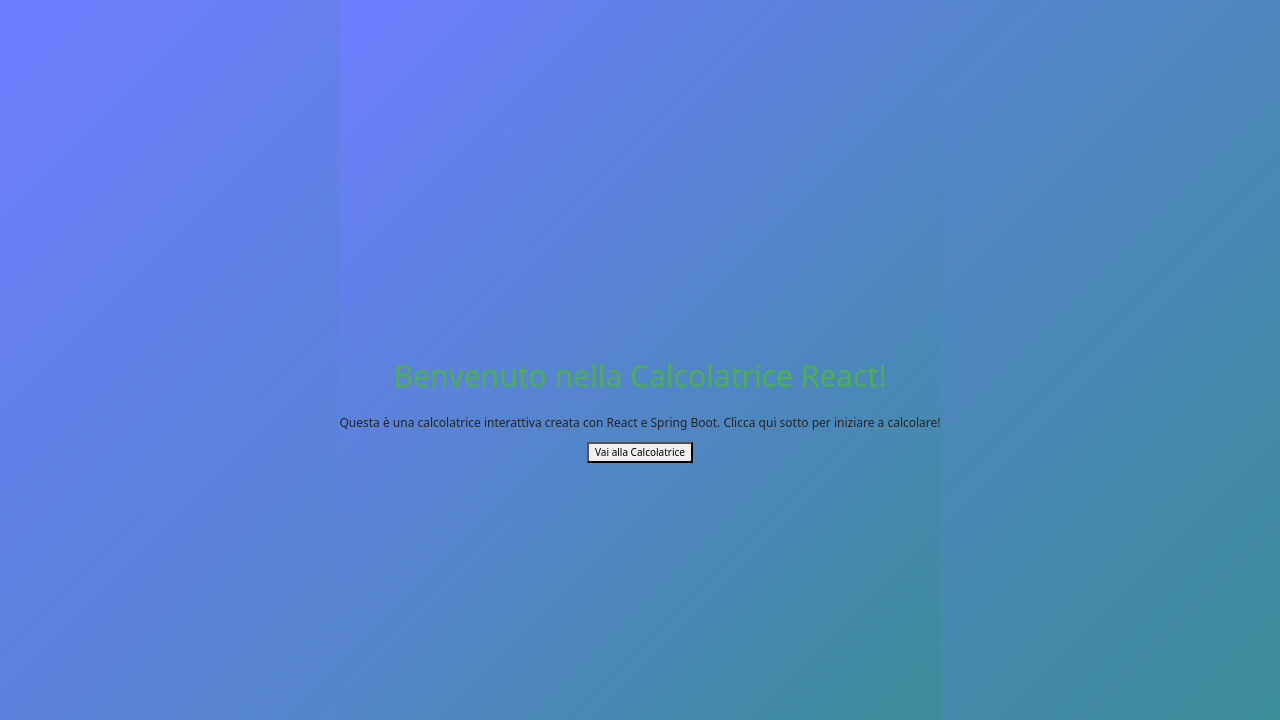
Repository: Probyte5D/Calcolatrice-FullStack
Page: / (app in frontend/)
These files come from the project's save history. The page is drawn as it stood at one moment and after the next save; the edit follows.
The browser window is 1280 px wide. The pictures show the whole page.
The project was rebuilt for these pictures with package versions that can differ from the ones it lists, and the page was loaded fresh each time. Also part of the build but not shown: frontend/src/App.css, frontend/src/components/Calculator.js.

Above is the page before, as saved 2025-04-19 16:59:59.

### frontend/src/index.js
import React from 'react';
import ReactDOM from 'react-dom/client';
import './index.css';
import App from './App';

import 'bootstrap/dist/css/bootstrap.min.css';


const root = ReactDOM.createRoot(document.getElementById('root'));
root.render(
  <React.StrictMode>
    <App />
  </React.StrictMode>
);

### frontend/src/App.js
import React from 'react';
import { BrowserRouter as Router, Route, Routes } from 'react-router-dom';
import './App.css';
import Calculator from './components/Calculator'; // Assicurati che il percorso sia corretto
import HomePage from './components/HomePage'; // Assicurati che il percorso sia corretto

function App() {
  return (
    <Router>
    <Routes>
      {/* Usando 'element' invece di 'component' */}
      <Route path="/" element={<HomePage />} />
      <Route path="/calculator" element={<Calculator />} />
    </Routes>
  </Router>
  );
}

export default App;

### frontend/src/components/HomePage.js
import React from 'react';

import './HomePage.css';  // Importa il file CSS associato a HomePage

import { useNavigate } from 'react-router-dom';

function HomePage() {
  const navigate = useNavigate();  // usa useNavigate

  const handleClick = () => {
    navigate('/calculator');  // Navigazione con useNavigate
  };

  return (
    <div className="home-page">
      <h1>Benvenuto nella Calcolatrice React!</h1>
      <p>
        Questa è una calcolatrice interattiva creata con React e Spring Boot.
        Clicca qui sotto per iniziare a calcolare!
      </p>
      <button onClick={handleClick}>Vai alla Calcolatrice</button>


    </div>
  );
}

export default HomePage;

### frontend/src/components/Calculator.css
/* Calculator.css */

html{
  font-size: 62.5%;
}
/* Impostiamo il layout e centriamo la calcolatrice */
body, html {
  height: 100%;
  margin: 0;
  display: flex;
  justify-content: center; /* Centra orizzontalmente */
  align-items: center;     /* Centra verticalmente */
  background: linear-gradient(135deg, #6e7dff, #3b8d99); /* Gradiente di sfondo */
}
/* Stile principale della calcolatrice */
.calculator {
  background-color: #2d2d2d; /* Sfondo scuro */
  border-radius: 10px;
  padding: 20px;
  box-shadow: 0 4px 10px rgba(0, 0, 0, 0.3);
}

/* Colore del display (campo di input) */
.calculator input {
  background-color: #1e1e1e;
  color: #fff;
  font-size: 2rem;
  border: none;
  border-radius: 5px;
  padding: 10px;
  text-align: right;
}

/* Stile per i pulsanti */
.btn {
  font-size: 1.2rem;
  font-weight: bold;
  border-radius: 5px;
  transition: all 0.3s ease;
}

.btn-light {
  background-color: #3a3a3a;
  color: #fff;
}

.btn-light:hover {
  background-color: #575757;
}

.btn-warning {
  background-color: #f39c12;
  color: #fff;
}

.btn-warning:hover {
  background-color: #e67e22;
}

.btn-danger {
  background-color: #e74c3c;
  color: #fff;
}

.btn-danger:hover {
  background-color: #c0392b;
}

.btn-success {
  background-color: #2ecc71;
  color: #fff;
}

.btn-success:hover {
  background-color: #27ae60;
}

/* Layout dei tasti con uno spazio tra di loro */
.d-grid {
  gap: 10px;
}

/* Pulsanti di numeri e operatori */
.d-flex button {
  width: 60px;
  height: 60px;
  font-size: 1.5rem;
  border-radius: 8px;
  border: 2px solid transparent;
}

.d-flex button:active {
  transform: scale(0.95);
}

/* Colore dell'errore */
.alert-danger {
  background-color: #e74c3c;
  color: #fff;
  font-weight: bold;
}

/* Effetto hover sui tasti */
.d-flex button:hover {
  transform: scale(1.1);
  box-shadow: 0 2px 5px rgba(0, 0, 0, 0.2);
}

### frontend/src/components/HomePage.css
.home-page {
  text-align: center;
  margin-top: 100px;
}

.home-page h1 {
  font-size: 3em;
  color: #4CAF50;
}

.home-page p {
  font-size: 1.2em;
  margin-top: 20px;
}

.btn {
  margin-top: 30px;
  padding: 15px 30px;
  font-size: 1.2em;
}

.calculator {
  margin-top: 50px;
  text-align: center;
}

.calculator input {
  font-size: 2em;
  width: 100%;
  text-align: right;
  padding: 10px;
  margin-bottom: 20px;
}

.calculator .buttons {
  display: grid;
  grid-template-columns: repeat(4, 1fr);
  gap: 10px;
}

.calculator button {
  padding: 20px;
  font-size: 1.5em;
}

Loaded but not shown: frontend/public/index.html (common file); frontend/src/index.css (common file)

After the next save:
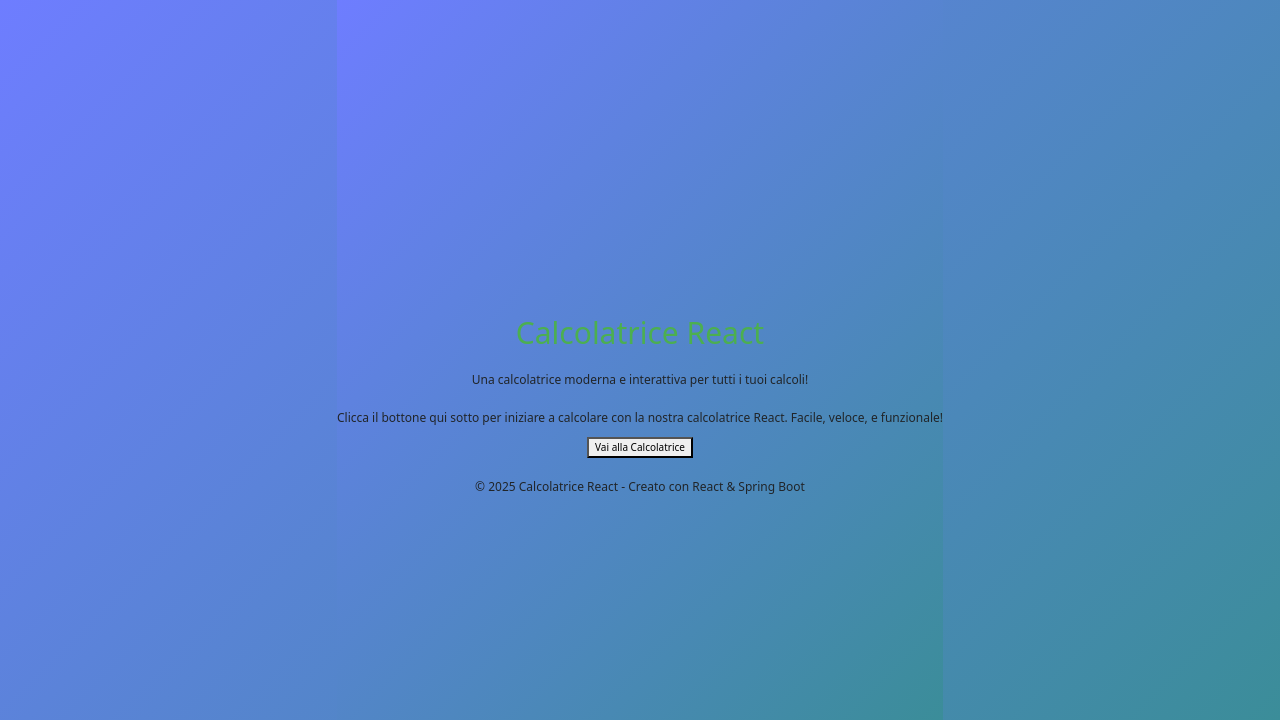
Saved 9 min 44 s later.
--- a/frontend/src/components/HomePage.js
+++ b/frontend/src/components/HomePage.js
@@ -1,11 +1,9 @@
 import React from 'react';
-
-import './HomePage.css';  // Importa il file CSS associato a HomePage
-
 import { useNavigate } from 'react-router-dom';
+import './HomePage.css';
 
 function HomePage() {
-  const navigate = useNavigate();  // usa useNavigate
+  const navigate = useNavigate();
 
   const handleClick = () => {
     navigate('/calculator');  // Navigazione con useNavigate
@@ -13,14 +11,27 @@
 
   return (
     <div className="home-page">
-      <h1>Benvenuto nella Calcolatrice React!</h1>
-      <p>
-        Questa è una calcolatrice interattiva creata con React e Spring Boot.
-        Clicca qui sotto per iniziare a calcolare!
-      </p>
-      <button onClick={handleClick}>Vai alla Calcolatrice</button>
+      {/* Header */}
+      <header className="header">
+        <h1>Calcolatrice React</h1>
+        <p>Una calcolatrice moderna e interattiva per tutti i tuoi calcoli!</p>
+      </header>
 
+      {/* Corpo della homepage */}
+      <div className="content">
+        <p>
+          Clicca il bottone qui sotto per iniziare a calcolare con la nostra calcolatrice React.
+          Facile, veloce, e funzionale!
+        </p>
+        <button onClick={handleClick} className="btn-go-to-calculator">
+          Vai alla Calcolatrice
+        </button>
+      </div>
 
+      {/* Footer (Opzionale) */}
+      <footer className="footer">
+        <p>&copy; 2025 Calcolatrice React - Creato con React & Spring Boot</p>
+      </footer>
     </div>
   );
 }
